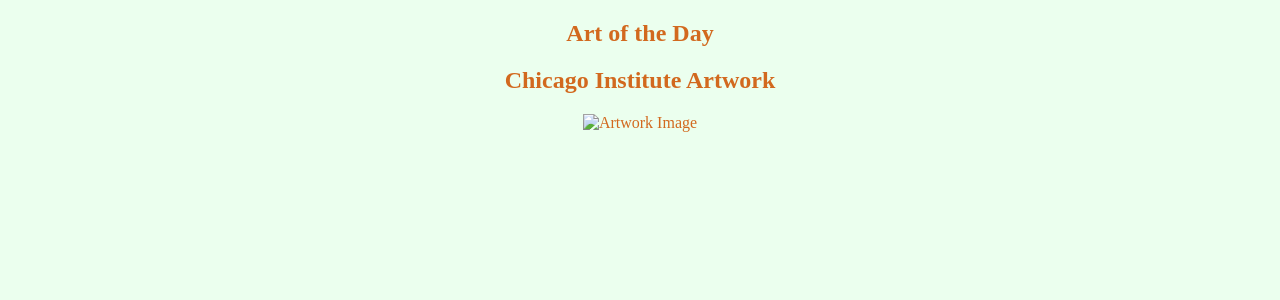
Repository: Bearandbird/amber-hinojos-API-project-haumea
Page: index.html
These files come from the project's save history. The page is drawn as it stood at one moment and after the next save; the edit follows.
The browser window is 1280 px wide. The pictures show the whole page.
The page's requests for data from a server got no answer.

Above is the page before, as saved 2024-05-14 22:24:56.
Console error: TypeError: Cannot read properties of null (reading 'querySelector')

### index.html
<!DOCTYPE html>
<html lang="en">

<head>
    <link rel="stylesheet" href="./index.css"/>
    <meta charset="UTF-8" />
    <meta name="viewport" content="width=device-width, initial-scale=1.0" />
    <title> Art Work Website</title>

</head>

<body>
    <section id="artwork">
        <h1>Art of the Day</h1>
        <div id= "artwork-container">

        </div>
    </section>

    <section id="artworkSection">
        <h1 id="artworkName">Chicago Institute Artwork</h1>
        <h2 id="artworkTitle"></h2>
        <h2 id="artistTitleId"></h2>
        <img id="artworkImage" alt="Artwork Image" />


<script src="./index.js"></script>

</body>

</html>

### index.css
body {
    background-color: rgb(235, 255, 238);
    text-align: center;
    color: chocolate;
}

img {
    max-width: 30rem;
    margin-left: auto;
    margin-right: auto;
}

### index.js
const projectsSection = document.querySelector("#Projects");
const projectsList = projectsSection.querySelector("ul");

fetch("https://api.github.com/users/Bearandbird/repos")
  .then((res) => {
    if (!res.ok) {
      throw new Error("Error fetching data");
    }
    return res.json();
  })
  .then((data) => {
    for (let i = 0; i < data.length; i++) {
      const project = document.createElement("li");
      project.innerText = data[i].name;
      projectsList.appendChild(project);
    }
  })
  .catch((error) => {
    const errorElement = document.createElement("p");
    errorElement.innerText = error.message;
    projectsSection.appendChild(errorElement);
  });



artworkIds = [869,2189,2816,4081,4428,4575,4758,4773,4788,4796,4884,5357,5848,6565,6596,7021,7124,8624,8633,8958,8991,9010,9503,9512,11272,11320,11393,11434,11723,13720,13853,14572,14574,14591,14598,14655,14968,15401,15468,15563,16146,16169,16231,16298,16327,16362,16487,16488,16499,16551,16568,16571,16776,16964,18709,18757,19339,20432,20579,20684,21023,23333,23506,23684,23700,23972,24306,24548,24645,24836,25332,25853,25865,27307,27310,27984,27987,27992,28067,28560,28849,30709,30839,31285,34116,34181,34286,34299,35198,35376,36132,36161,37368,37761,38930,40619,42566,43060,43145,43714,44018,44741,44892,46230,46327,47149,49195,49686,49691,49702,49714,50148,50157,50276,50330,50909,51185,52560,52679,52736,53001,55249,55384,55706,56682,56731,56905,57051,57819,58540,59426,59787,59847,60031,60755,60812,61128,61428,61603,61608,62042,62371,63178,63234,63554,64276,64339,64724,64729,64818,64884,65290,65868,65916,66039,66434,66683,68769,68823,69109,69780,70003,70202,70207,70443,70739,71396,71829,72726,72728,72801,73216,73413,73417,75644,76054,76240,76244,76279,76295,76395,76571,76779,76816,76869,79307,79379,79507,79600,80062,80084,80479,80607,81512,81558,81564,83642,83889,83905,84241,84709,85533,86340,86385,86421,87045,87163,87479,87643,88724,88793,88977,89403,89856,90048,90300,90443,90536,90583,91194,91620,93345,93811,93900,95998,97402,97910,97916,99539,99602,99766,100079,100089,100250,100472,100829,100858,102131,102234,102295,102591,102611,102963,103347,103887,103943,104031,104043,104094,105073,105105,105203,105466,105800,106538,107069,107300,109275,109330,109439,109686,109780,109819,109926,110507,110634,110663,110881,111060,111164,111317,111377,111380,111400,111401,111436,111442,111559,111610,111617,111628,111642,111654,111810,112092,117188,117266,117271,118661,118746,119454,119521,120154,122054,125660,126981,127644,127859,129884,131385,131541,135430,137125,140645,142526,144272,144361,144969,145681,146701,146905,146953,146988,146989,146991,147003,147508,147513,148412,149681,149776,150054,150739,151358,151363,151371,151424,153244,153701,154232,154235,154237,154238,155969,156442,156474,156538,157056,157156,157160,159136,159824,160144,160201,160222,160226,180298,181091,181145,181774,182728,183077,183277,184095,184186,184193,184324,184362,184371,184672,185180,185184,185222,185619,185651,185760,185766,185905,185963,186047,186049,186392,187155,187165,187528,188540,188844,188845,189207,189289,189290,189595,189600,189715,189775,189807,189932,190224,190558,191197,191371,191454,191556,192689,192890,193664,196323,198809,199002,199854,207293,210482,210511,217201,218612,220179,220272,221885,223309,225016,227420,229351,229354,229393,229406,229510,229866,230189,234004,234433,234781,234972,238749]

//Randomly generate an index into the array to get a valid artwork id
const randomInt = Math.floor(Math.random() * 423);
const randomId = artworkIds[randomInt];
console.log(randomId);
const url = `https://api.artic.edu/api/v1/artworks/${randomId}`;
console.log(url);

//fetch the url and if the data exists for the id, get info about the artwork and the art
fetch(url)
  .then((response) => {
    if (!response.ok) {
      throw new Error("Request failed");
    }
    return response.json(); // Parse the response as JSON
  })

  //Artwork was found!
  .then((data) => {

    //Get info about artwork
    console.log(data);
    const artwork = data.data;
    console.log(artwork);
    const title = artwork.title;
    console.log(artwork.title);
    const artistTitle = artwork.artist_title;
    console.log(artistTitle);
    const artworkImageID = artwork.image_id;
    console.log(artworkImageID);

    //Add the title to the html
    const artworkTitle = document.getElementById("artworkTitle");
    console.log(artworkTitle);
    artworkTitle.innerHTML = `Title: ${title}`;

    //If artist information is available, then add it to the html
    if (artistTitle != null) {
      const artistTitleElement = document.getElementById("artistTitleId");
      console.log(artistTitleElement);
      artistTitleElement.innerHTML = `Artist: ${artistTitle}`;
    }

    //Get the artwork image for the image id
    artworkSrcString = `https://www.artic.edu/iiif/2/${artworkImageID}/full/843,/0/default.jpg`;
    console.log(artworkSrcString);

    //Add it to the img block
    const artworkImage = document.getElementById("artworkImage");
    artworkImage.setAttribute("src", artworkSrcString);

    console.log(artworkSrcString);
  })
  .catch((error) => {
    console.error(`Image ${randomId} not found`, error);

  });

After the next save:
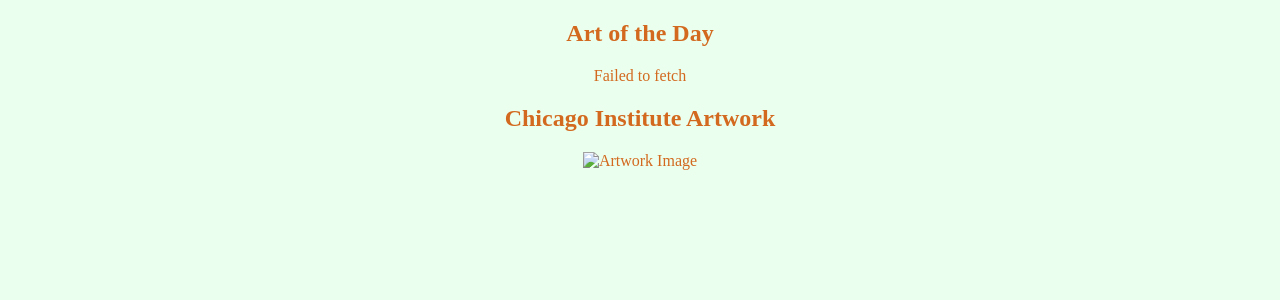
The error is gone.
Saved 106 s later.
--- a/index.js
+++ b/index.js
@@ -1,4 +1,4 @@
-const projectsSection = document.querySelector("#Projects");
+const projectsSection = document.querySelector("#artwork");
 const projectsList = projectsSection.querySelector("ul");
 
 fetch("https://api.github.com/users/Bearandbird/repos")
